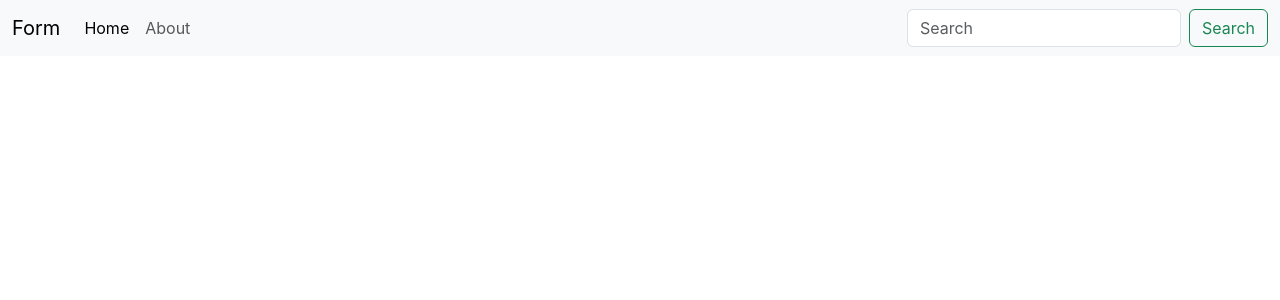
Repository: ASHUTOSH30LUV/news
Page: /
The author's editor kept a copy of each file at every save. The page is drawn from the files as they stood at one save, then again after the next save.
The browser window is 1280 px wide. The pictures show the whole page.
The project was rebuilt for these pictures with package versions that can differ from the ones it lists, and the page was loaded fresh each time. Also part of the build but not shown: src/App.css.

Above is the page before, as saved 2024-07-27 18:40:18.

After the next save:
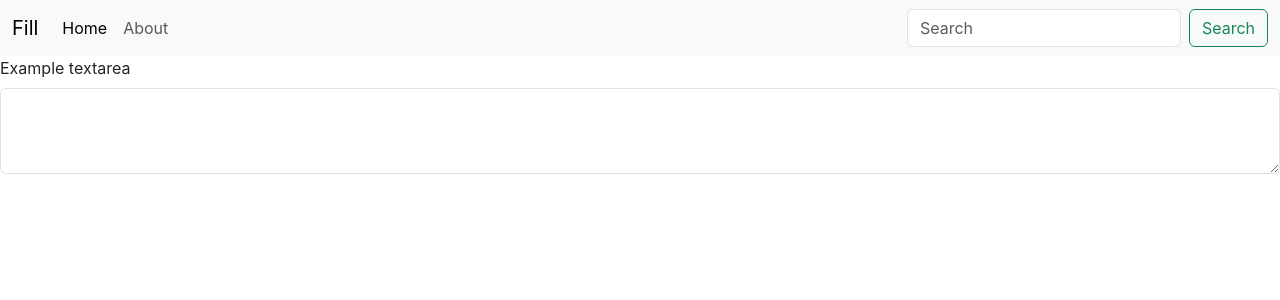
Saved 52 s later.
--- a/src/App.js
+++ b/src/App.js
@@ -1,12 +1,14 @@
 // import logo from './logo.svg';
 import './App.css';
 import Navbar from './components/Navbar';
+import Textform from './components/Textform';
 
 
 function App() {
   return (
     <>
-    < Navbar title="Form" />
+    < Navbar title="Fill" />
+    <Textform/>
     </>
   );
 }
